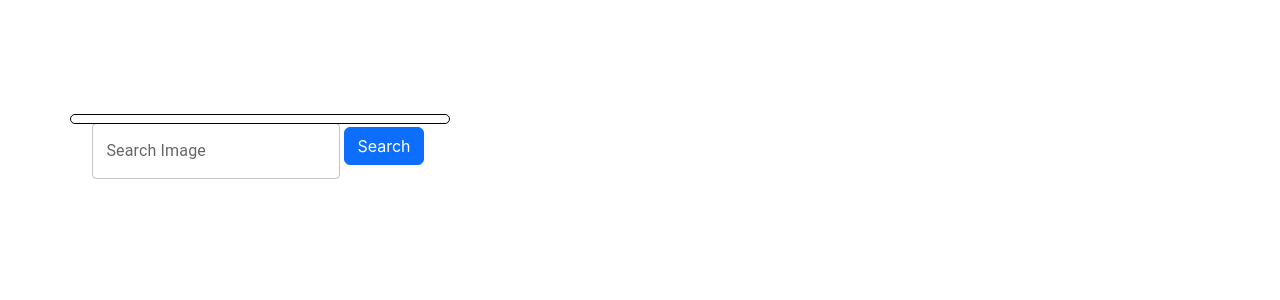
Repository: mohit78911/Snapshot
Page: /
These files come from the project's save history. The page is drawn as it stood at one moment and after a run of saves; the edit follows.
The browser window is 1280 px wide. The pictures show the whole page.
The project was rebuilt for these pictures with package versions that can differ from the ones it lists, and the page was loaded fresh each time. Also part of the build but not shown: src/snapshot/SearchBox.css.

Above is the page before, as saved 2023-09-01 10:48:29.

After the next 2 saves:
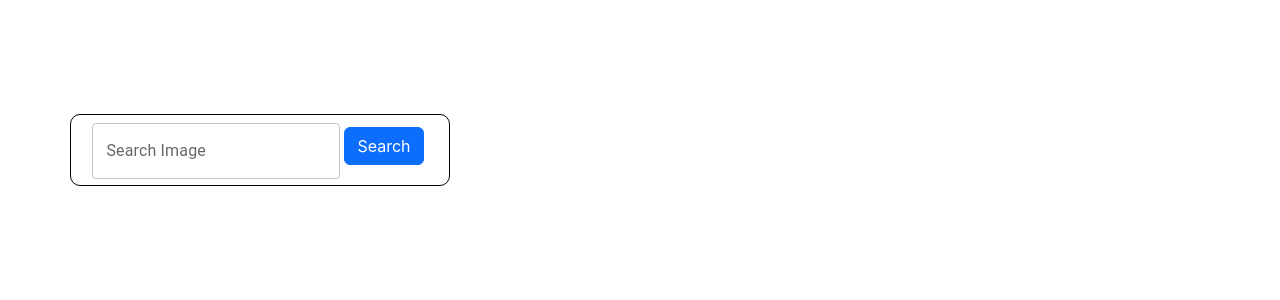
The 2 saves are shown as one change because they came seconds apart.
The last was saved 6 s later.
--- a/src/App.css
+++ b/src/App.css
@@ -42,5 +42,5 @@
   margin-top: 10%;
   border: 1px solid black;
   border-radius: 10px;
-  height: 10px;
+  height: 10vh;
 }
